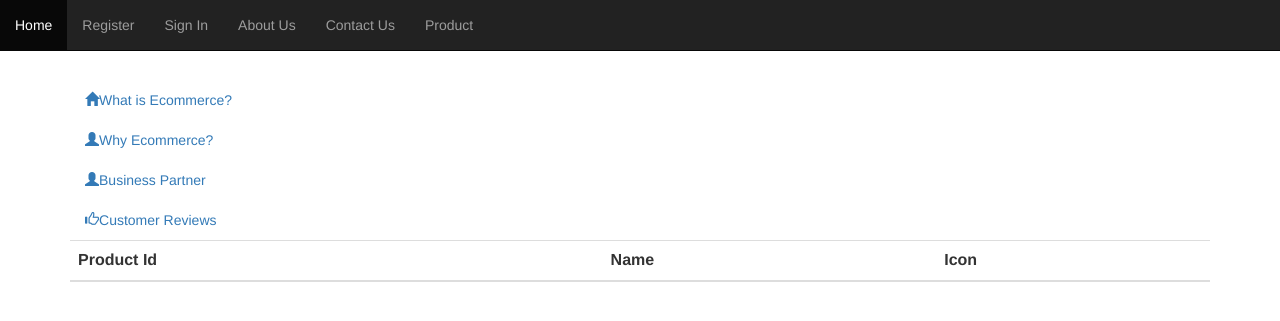
Repository: aradhana15/myFinalRepository
Page: http://localhost/music/WEB-INF/views/product.jsp
These files come from the project's save history. The page is drawn as it stood at one moment and after the next save; the edit follows.
The browser window is 1280 px wide. The pictures show the whole page.
The page is served by Tomcat 9. Nobody is signed in. The template is opened directly, without the code that normally fills it, so the values that code supplies are empty.

Above is the page before, as saved 2016-04-23 12:39:16.
Console error (its wording comes from the project's code and is left out).

After the next save:
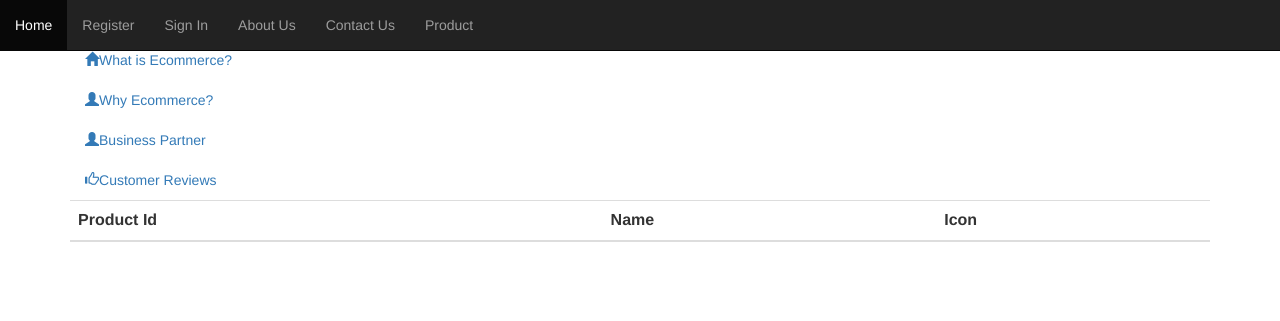
Saved 15 s later.
--- a/wwf/music/src/main/webapp/WEB-INF/views/header.jsp
+++ b/wwf/music/src/main/webapp/WEB-INF/views/header.jsp
@@ -52,7 +52,7 @@
 		</div>
 	</div>
 	<!-- <div class="nav navbar-nav"> -->
-	<br><br><br><br>
+	<br><br>
 	<div class="nav nav-tabs">
           <button type="button" class="navbar-toggle" data-toggle="collapse" data-target=".navbar-collapse">
             <span class="sr-only">Toggle navigation</span>
